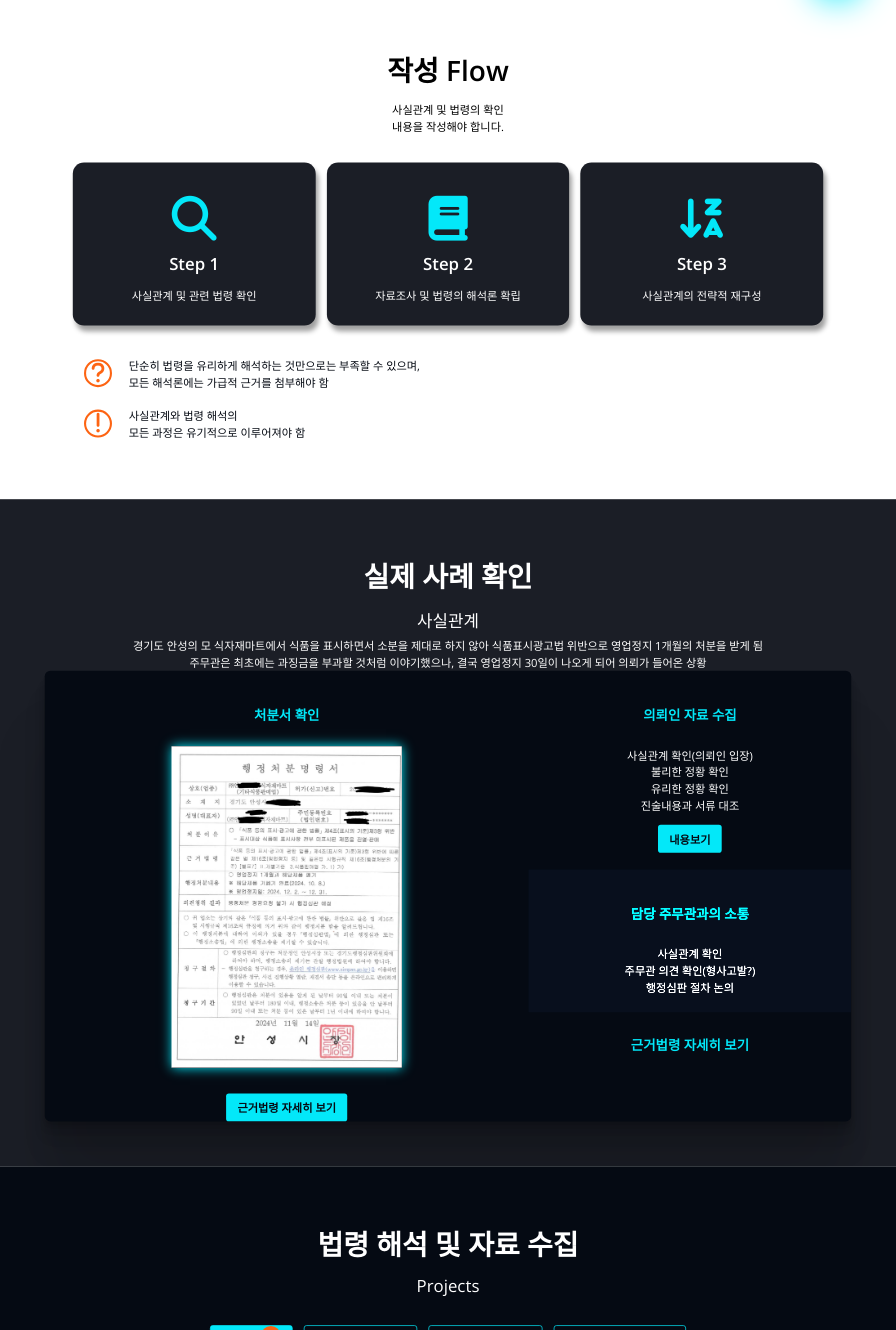
Repository: eggmoon/eggmoon_new
Page: index.html
The author's editor kept a copy of each file at every save. The page is drawn from the files as they stood at one save, then again after the next save.
The browser window is 1280 px wide. The pictures show the part of the page from y = 693 to 2593 px (the page is 4425 px tall before and 4369 px after), at 70% of full size.
A picture or video elsewhere on the page could not be fetched, so the positions and the page height are approximate. Some web libraries are served in a nearby version.

Above is the page before, as saved 2025-02-26 20:00:36.
Console error: ReferenceError: const등 is not defined

### index.html
<!DOCTYPE html>
<html lang="en">
  <head>
    <meta charset="UTF-8" />
    <meta http-equiv="X-UA-Compatible" content="IE=edge" />
    <meta name="viewport" content="width=device-width, initial-scale=1.0" />
    <!-- SEO -->
    <title>행정심판청구서 작성 가이드</title>
    <meta
      name="description"
      content="Portfolio for world-renowned software
    engineer Ellie"
    />
    <meta name="author" content="MScho" />
    <link rel="shortcut icon" href="images/favicon.ico" type="image/x-icon" />
    <!-- OG (Open Graph Data) -->
    <meta property="og:title" content="행정정심판청구서 작성 가이드" />
    <meta property="og:type" content="website" />
    <meta property="og:url" content="https://eggmoon.github.io/eggmoon/"/>
    <meta property="og:image" content="배포후에 생성된 이미지 URL" />
    <!-- Google Fonts -->
    <link rel="preconnect" href="https://fonts.googleapis.com" />
    <link rel="preconnect" href="https://fonts.gstatic.com" crossorigin />
    <link
      href="https://fonts.googleapis.com/css2?family=Open+Sans:wght@400;600&display=swap"
      rel="stylesheet"
    />
    <!-- Font Awesome -->
    <script src="https://kit.fontawesome.com/8d3cd595d6.js" crossorigin="anonymous"></script>
    <!-- CSS -->
    <link rel="stylesheet" href="css/style.css" />
    <!-- Javascript -->
    <script src="src/main.js" defer></script>
  </head>
  <body>
    <!-- Header -->
    <header class="header">
      <div class="header__logo">
        <img class="header__logo__img" src="images/favicon.ico" alt="logo" />
        <h1 class="header__logo__title"><a href="#">조미성 행정사사무소</a></h1>
      </div>
      <nav class="header__nav">
        <ul class="header__menu">
          <li><a class="header__menu__item active" href="#home">HOME</a></li>
          <li><a class="header__menu__item" href="#about">작성Flow</a></li>
          <li><a class="header__menu__item" href="#skills">실제 사례</a></li>
          <li><a class="header__menu__item" href="#work">법령해석 및 자료수집</a></li>
          <li><a class="header__menu__item" href="#testimonial">사실관계의 재구성</a></li>
          <li><a class="header__menu__item" href="#contact">Bottom</a></li>
        </ul>
      </nav>
    </header>
    <!-- Main -->
    <main>
      <!-- Home -->
      <section id="home" class="section">
        <img class="home__logo" src="images/favicon.ico" alt="Ellie's profile" />
        <h2 class="home__title"><strong class="home__title--strong">행정심판청구서</strong> <br> 작성 가이드</h2>
        <p class="home__description">사실관계 확정과 비례의 원칙을 중심으로</p>
        <a class="home__contact" href="#contact">조미성 행정사사무소</a>
      </section>
      <!-- About -->
      <section id="about" class="section max-container =">
        <h2 class="title">작성 Flow</h2>
        <p section="description">
          사실관계 및 법령의 확인
        </p>
        <p>내용을 작성해야 합니다.</p>
        <ul class="about__majors">
          <li class="about__major">
            <i class="fa-solid fa-magnifying-glass about__major__icon"></i>
            <p class="about__major__title">Step 1</p>
            <p>사실관계 및 관련 법령 확인</p>
          </li>
          <li class="about__major">
            <i class="fa-solid fa-book about__major__icon"></i>
            <p class="about__major__title">Step 2</p>
            <p>자료조사 및 법령의 해석론 확립</p>
            <li class="about__major">
              <i class="fa-solid fa-arrow-down-z-a about__major__icon"></i>
              <p class="about__major__title">Step 3</p>
              <p>사실관계의 전략적 재구성</p>
            </li>
          </li>
        </ul>
        <ul class="about__subexps">
          <li class="about__subexp">
            <div class="redicon"><i class="fa-solid fa-question"></i></div>
            <div>
              <p class="about__subexp__title">단순히 법령을 유리하게 해석하는 것만으로는 부족할 수 있으며,</p>
              <p class="about__subexp__content">모든 해석론에는 가급적 근거를 첨부해야 함</p>
            </div>
          </li>
          <li class="about__subexp">
            <div class="redicon"><i class="fa-solid fa-exclamation"></i></div>
            <div>
              <p class="about__subexp__title"> 사실관계와 법령 해석의 </p>
              <p class="about__subexp__content">모든 과정은 유기적으로 이루어져야 함</p>
            </div>
          </li>
        </ul>
      </section>
      <!-- Skills -->
      <section id="skills" class="section">
        <div class="max-container">
          <h2 class="title">실제 사례 확인</h2>
          <p class="description">사실관계</p>
          <p> 경기도 안성의 모 식자재마트에서 식품을 표시하면서 소분을 제대로 하지 않아 식품표시광고법 위반으로 영업정지 1개월의 처분을 받게 됨</p>
           <p>주무관은 최초에는 과징금을 부과할 것처럼 이야기했으나, 결국 영업정지 30일이 나오게 되어 의뢰가 들어온 상황</p>
          <div class="skills-container">
            <section class="skills__rule">
              <h3 class="skills__title">처분서 확인</h3>
              <div>
                <a href="images/research/diposition.jpg" target="_blank">
                  <img class="skills__img" src="images/research/diposition.jpg" />
                </a>

              </div>
              <!-- <ul>
                <li class="bar">
                  <div class="bar__metadata"><span>HTML</span><span>98%</span></div>
                  <div><div class="bar__value bar__bg" style="width: 98%"></div></div>
                </li>
                <li class="bar">
                  <div class="bar__metadata"><span>CSS</span><span>90%</span></div>
                  <div><div class="bar__value bar__bg" style="width: 90%"></div></div>
                </li>
                <li class="bar">
                  <div class="bar__metadata"><span>JavaScript</span><span>90%</span></div>
                  <div><div class="bar__value bar__bg" style="width: 90%"></div></div>
                </li>
                <li class="bar">
                  <div class="bar__metadata"><span>TypeScript</span><span>80%</span></div>
                  <div><div class="bar__value bar__bg" style="width: 80%"></div></div>
                </li>
                <li class="bar">
                  <div class="bar__metadata"><span>React</span><span>79%</span></div>
                  <div><div class="bar__value bar__bg" style="width: 79%"></div></div>
                </li>
                <li class="bar">
                  <div class="bar__metadata"><span>NodeJs</span><span>68%</span></div>
                  <div><div class="bar__value bar__bg" style="width: 68%"></div></div>
                </li>
              </ul> -->
            </section>
            <section class="skills__explain">
              <h3 class="skills__title">의뢰인 자료 수집</h3>
              <ul>
                <li>사실관계 확인(의뢰인 입장)</li>
                <li>불리한 정황 확인</li>
                <li>유리한 정황 확인</li>
                <li>진술내용과 서류 대조</li>
                <li><a class="home__contact" href="images/research/custom_info.jpg" target="_blank">내용보기</a></li>
              </ul>
            </section>
            <section기 class="skills__data">
              <h3 class="skills__title">담당 주무관과의 소통</h3>
              <ul>
                <li>사실관계 확인</li>
                <li>주무관 의견 확인(형사고발?)</li>
                <li>행정심판 절차 논의</li>
              </ul>
            </section기
            <section class="skills__data">
              <h3 class="skills__title">근거법령 자세히 보기</h3>
              <p><a class="home__contact" href="#contact" target="_blank">근거법령 자세히 보기</a></p>
            </section>

          </div>
        </div>
      </section>
      <!-- Work -->
      <section id="work" class="section">
        <div class="max-container">
          <h2 class="title">법령 해석 및 자료 수집</h2>
          <p class="description">Projects</p>
          <ul class="categories">
            <li>
              <button class="category category--selected">All <span class="category__count">8</span></button>
            </li>
            <li>
              <button class="category">근거법령<span class="category__count">3</span></button>
            </li>
            <li>
              <button class="category">하위법령<span class="category__count">3</span></button>
            </li>
            <li>
              <button class="category"> 논문/자료 등 <span class="category__count">2</span></button>
            </li>
          </ul>
          <ul class="projects">
            <li class="project">
              <a href="#" target="_blank">
                <img src="images/projects/project1.jpg" alt="act1" class="project__img"/>
                <div class="project__metadata">
                  <h3 class="project__title"><a href="https://www.law.go.kr/%EB%B2%95%EB%A0%B9/%EC%8B%9D%ED%92%88%EC%9C%84%EC%83%9D%EB%B2%95" target="_blank">식품위생법</a></h3>
                  <p>2019년 이후 식품광고법 분리</p>
                </div>
              </a>
            </li>
            <li class="project">
              <a href="#" target="_blank">
                <img src="images/projects/project2.jpg" alt="project2" class="project__img"/>
                <div class="project__metadata">
                  <h3 class="project__title">식품광고법</h3>
                  <p>사건 적용 주요 법률</p>
                </div>
              </a>
            </li>
            <li class="project">
              <a href="#" target="_blank">
                <img src="images/projects/project3.do" alt="project3" class="project__img" style="object-fit:cover;"/>
                <div class="project__metadata">
                  <h3 class="project__title"><a href="images/projects/project3.jpg" target="_blank">고객 자료 수집</a></h3>
                  <p>특수한 사정, 정상참작 등</p>
                </div>
              </a>
            </li>
            <li class="project">
              <a href="#" target="_blank">
                <img src="images/projects/project4.webp" alt="project4" class="project__img"/>
                <div class="project__metadata">
                  <h3 class="project__title">Project #4</h3>
                  <p>Clone Coding with HTML, CSS</p>
                </div>
              </a>
            </li>
            <li class="project">
              <a href="#" target="_blank">
                <img src="images/projects/project5.webp" alt="project5" class="project__img"/>
                <div class="project__metadata">
                  <h3 class="project__title">Project #5</h3>
                  <p>Clone Coding with HTML, CSS</p>
                </div>
              </a>
            </li>
            <li class="project">
              <a href="#" target="_blank">
                <img src="images/projects/project6.webp" alt="project6" class="project__img"/>
                <div class="project__metadata">
                  <h3 class="project__title">Project #6</h3>
                  <p>Clone Coding with HTML, CSS</p>
                </div>
              </a>
            </li>
            <li class="project">
              <a href="#" target="_blank">
                <img src="images/projects/project7.webp" alt="project7" class="project__img"/>
                <div class="project__metadata">
                  <h3 class="project__title">Project #7</h3>
                  <p>Clone Coding with HTML, CSS</p>
                </div>
              </a>
            </li>
            <li class="project">
              <a href="#" target="_blank">
                <img src="images/projects/project8.webp" alt="project8" class="project__img"/>
                <div class="project__metadata">
                  <h3 class="project__title">Project #8</h3>
                  <p>Clone Coding with HTML, CSS</p>
                </div>
              </a>
            </li>
          </ul>
        </div>
      </section>
      <!-- Testimonials -->
      <section id="testimonials" class="section max-container">
        <h2 class="title">사실관계의 재구성</h2>
        <p class="description">요건사실을 어떻게 유리하게 포섭할 수있을까?</p>
        <ul class="testimonials">
          <li class="testimonial">
            <img src="images/testimonials/people1.webp" alt="주체(고의/과실)" class="testimonial__img" />
            <div class="testimonial__bubble">
              <p>
                <span class="testimonial__bubble__name">법적 주체</span>는 (주)** 마트이며, <span class="testimonial__bubble__name">대표자</span>는 이**이고, <span class="testimonial__bubble__name">실제 행위자</span>는 ** 농산마트 직원들인 상황에서 유리한 점과 불리한 점은 무엇이 있을까? 어떤 요건에 포섭할 수있을까?
              </p>
              <p><span class="testimonial__bubble__name">주체/고의 및 과실</span></p>
            </div>
          </li>
          <li class="testimonial">
            <img src="images/testimonials/people2.webp" alt="내용/기간 및 위반 분량" class="testimonial__img" />
            <div class="testimonial__bubble">
              <p>일반적이지 않은 <span class="testimonial__bubble__name">
                특별한 사정</span>이 인정될 여지는 없을까?
              </p>책임 및 감경/행위요건</p>
            </div>
          </li>
          <li class="testimonial">
            <img src="images/testimonials/people3.webp" alt="people3" class="testimonial__img" />
            <div class="testimonial__bubble">
              <p class="testimonial__bubble__name">
                Lorem ipsum dolor sit amet consectetur adipisicing elit.
                Perferendis, mollitia. Fugiat recusandae unde ducimus harum
                voluptas earum reiciendis expedita inventore quas ab eum
                dignissimos, maiores deleniti officiis qui, repudiandae
                voluptatibus?
              </p>
              <p class="testimonial__bubble__name"><a href="#">Anna Jin</a> /Samsung</p>
            </div>
          </li>
        </ul>
      </section>
      <!-- Arrow up -->
      <aside>
        <a class="arrow-up" href="#home" title="back to top">
          <i class="fa-solid fa-arrow-up"></i>
        </a>
      </aside>
    </main>
    <!-- Footer -->
    <footer id="contact" class="section">
      <div class="max-container">
        <h2 class="title">Let&#39;s talk</h2>
      <p class="testimonial__bubble__name" class="section">dream.coder.ellie@gmail.com</p>
      <ul class="contact__links">
        <li>
          <a
            class="contact__link"
            href="https://github.com/eggmoon"
            target="_blank"
            title="my github link"
          >
            <i class="fa-brands fa-github"></i>
          </a>
        </li>
        <li>
          <a
            class="contact__link"
            href="https://github.com/eggmoon"
            target="_blank"
            title="my linkedin link"
          >
            <i class="fa-brands fa-linkedin"></i>
          </a>
        </li>
      </ul>
      <p class="testimonial__bubble__name">ⓒMS Cho - All rights reserved</p>
      </div>
    </footer>
  </body>
</html>

Loaded but not shown: src/main.js (1 lines, source omitted); css/style.css (528 lines, source omitted)

After the next save:
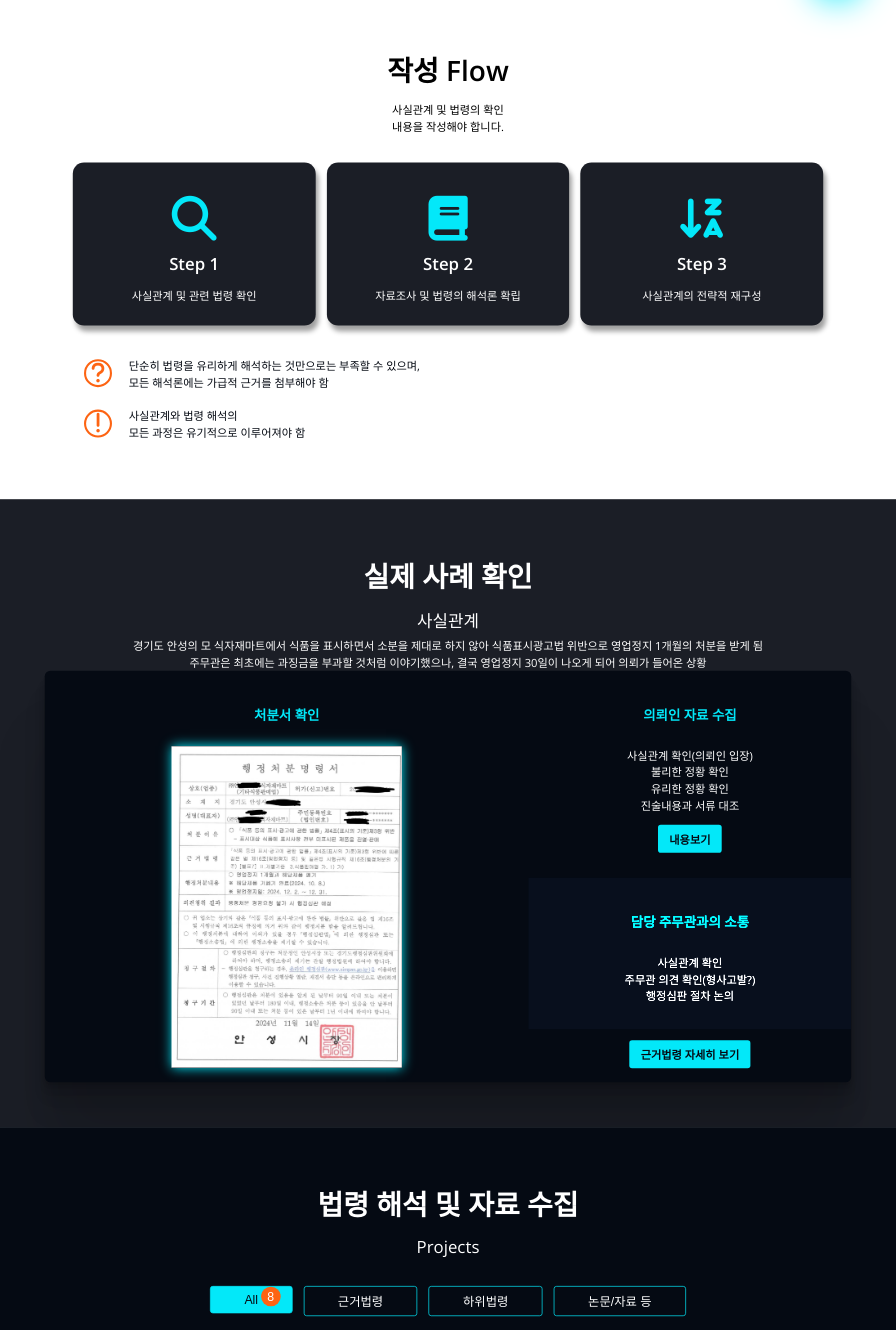
Saved 8 s later.
--- a/index.html
+++ b/index.html
@@ -162,7 +162,6 @@
               </ul>
             </section기
             <section class="skills__data">
-              <h3 class="skills__title">근거법령 자세히 보기</h3>
               <p><a class="home__contact" href="#contact" target="_blank">근거법령 자세히 보기</a></p>
             </section>
 
